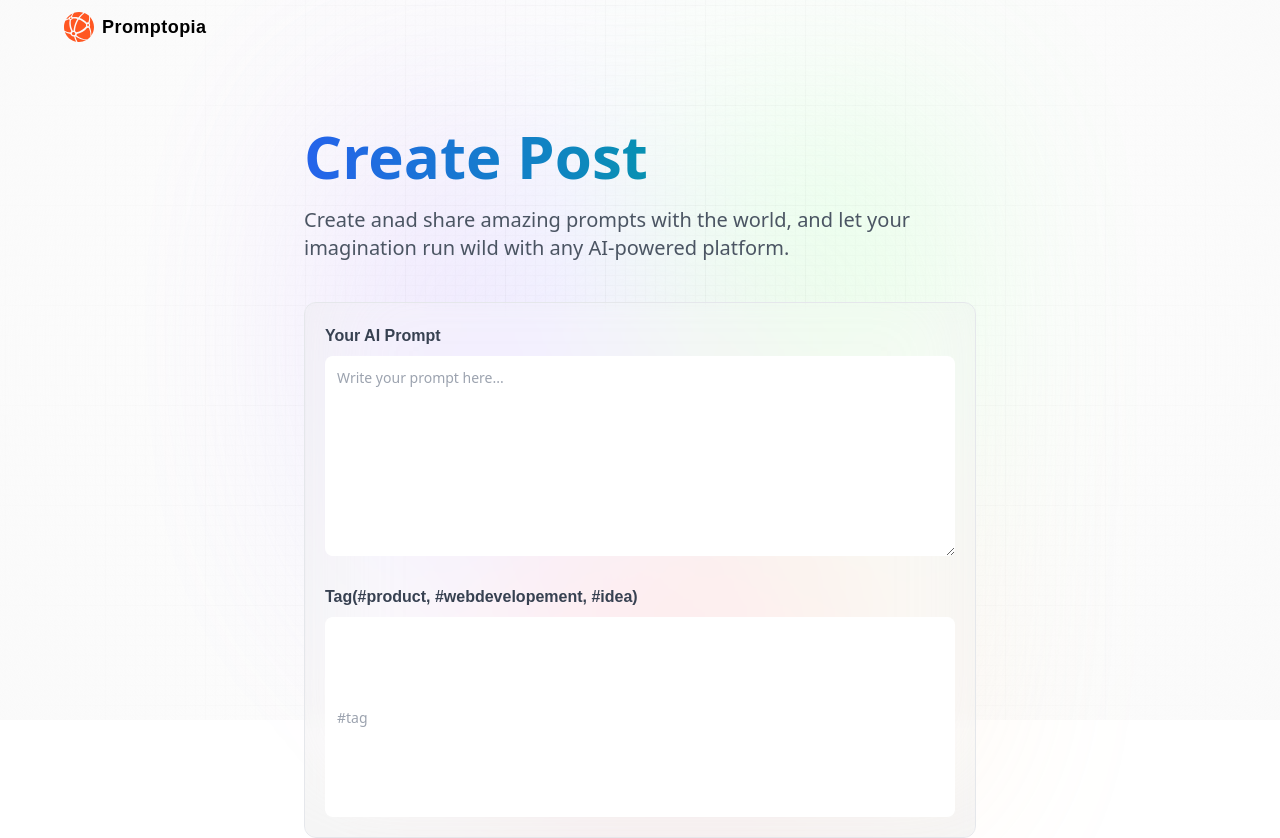
Repository: shraddesh123/promptAI
Page: /create-prompt
The author's editor kept a copy of each file at every save. The page is drawn from the files as they stood at one save, then again after the next save.
The browser window is 1280 px wide. The pictures show the whole page.
The page's requests for data from a server got no answer. The project was rebuilt for these pictures with package versions that can differ from the ones it lists, and the page was loaded fresh each time. The framework's server and built-in components were replaced by stand-ins that run in the browser. No one was signed in, and anything a server would have sent is missing. Also part of the build but not shown: next.config.mjs.

Above is the page before, as saved 2024-08-02 18:44:30.

### app/layout.jsx

import "@styles/global.css";
import Nav from "@components/Nav";
import Provider from "@components/Provider";


export const metadata = {
    title: "Promptopia",
    description: "Discover & Share AI Prompts",
};
//we did not returning anything like other components
const RootLayout = ({ children }) => (
    <html lang='en'>
        <body>
            <Provider>
                <div className='main'>
                    <div className='gradient' />
                </div>
                <main className='app'>
                    <Nav />
                    {children}
                </main>
            </Provider>
        </body>
    </html>
);

export default RootLayout;

### app/create-prompt/page.jsx
"use client";
import { useState } from "react"
import { useSession } from "next-auth/react";
import { useRouter } from "next/router";

import Form from "@components/Form";


const CreatePrompt = () => {
    const [Submitting, setSubmitting] = useState(false);
    const [Post, setPost] = useState({
        prompt: '',
        tag: '',
    });
    const createPrompt = async (e) => {

    }
    return (
        <div>
            <Form
                type="Create"
                post={Post}
                setPost={setPost}
                Submitting={Submitting}
                handleSubmit={createPrompt}
            />
        </div>
    )
}

export default CreatePrompt

### styles/global.css
@import url("https://fonts.googleapis.com/css2?family=Inter:wght@100;200;300;400;500;600;700;800;900&display=swap");

@tailwind base;
@tailwind components;
@tailwind utilities;

/*
  Note: The styles for this gradient grid background is heavily inspired by the creator of this amazing site (https://dub.sh) – all credits go to them!
*/

.main {
  width: 100vw;
  min-height: 100vh;
  position: fixed;
  display: flex;
  justify-content: center;
  padding: 120px 24px 160px 24px;
  pointer-events: none;
}

.main:before {
  background: radial-gradient(circle, rgba(2, 0, 36, 0) 0, #fafafa 100%);
  position: absolute;
  content: "";
  z-index: 2;
  width: 100%;
  height: 100%;
  top: 0;
}

.main:after {
  content: "";
  background-image: url("/assets/images/grid.svg");
  z-index: 1;
  position: absolute;
  width: 100%;
  height: 100%;
  top: 0;
  opacity: 0.4;
  filter: invert(1);
}

.gradient {
  height: fit-content;
  z-index: 3;
  width: 100%;
  max-width: 640px;
  background-image: radial-gradient(
      at 27% 37%,
      hsla(215, 98%, 61%, 1) 0px,
      transparent 0%
    ),
    radial-gradient(at 97% 21%, hsla(125, 98%, 72%, 1) 0px, transparent 50%),
    radial-gradient(at 52% 99%, hsla(354, 98%, 61%, 1) 0px, transparent 50%),
    radial-gradient(at 10% 29%, hsla(256, 96%, 67%, 1) 0px, transparent 50%),
    radial-gradient(at 97% 96%, hsla(38, 60%, 74%, 1) 0px, transparent 50%),
    radial-gradient(at 33% 50%, hsla(222, 67%, 73%, 1) 0px, transparent 50%),
    radial-gradient(at 79% 53%, hsla(343, 68%, 79%, 1) 0px, transparent 50%);
  position: absolute;
  content: "";
  width: 100%;
  height: 100%;
  filter: blur(100px) saturate(150%);
  top: 80px;
  opacity: 0.15;
}

@media screen and (max-width: 640px) {
  .main {
    padding: 0;
  }
}

/* Tailwind Styles */

.app {
  @apply relative z-10 flex justify-center items-center flex-col max-w-7xl mx-auto sm:px-16 px-6;
}

.black_btn {
  @apply rounded-full border border-black bg-red-500 py-1.5 px-5 text-white transition-all hover:bg-white hover:text-black text-center text-sm font-inter flex items-center justify-center;
}

.outline_btn {
  @apply rounded-full border border-black bg-transparent py-1.5 px-5 text-black transition-all hover:bg-black hover:text-white text-center text-sm font-inter flex items-center justify-center;
}

.head_text {
  @apply mt-5 text-5xl font-extrabold leading-[1.15] text-black sm:text-6xl;
}

.orange_gradient {
  @apply bg-gradient-to-r from-amber-500 via-orange-600 to-yellow-500 bg-clip-text text-transparent;
}

.green_gradient {
  @apply bg-gradient-to-r from-green-400 to-green-500 bg-clip-text text-transparent;
}

.blue_gradient {
  @apply bg-gradient-to-r from-blue-600 to-cyan-600 bg-clip-text text-transparent;
}

.desc {
  @apply mt-5 text-lg text-gray-600 sm:text-xl max-w-2xl;
}

.search_input {
  @apply block w-full rounded-md border border-gray-200 bg-white py-2.5 font-satoshi pl-5 pr-12 text-sm shadow-lg font-medium focus:border-black focus:outline-none focus:ring-0;
}

.copy_btn {
  @apply w-7 h-7 rounded-full bg-white/10 shadow-[inset_10px_-50px_94px_0_rgb(199,199,199,0.2)] backdrop-blur flex justify-center items-center cursor-pointer;
}

.glassmorphism {
  @apply rounded-xl border border-gray-200 bg-white/20 shadow-[inset_10px_-50px_94px_0_rgb(199,199,199,0.2)] backdrop-blur p-5;
}

.prompt_layout {
  @apply space-y-6 py-8 sm:columns-2 sm:gap-6 xl:columns-3;
}

/* Feed Component */
.feed {
  @apply mt-16 mx-auto w-full max-w-xl flex justify-center items-center flex-col gap-2;
}

/* Form Component */
.form_textarea {
  @apply w-full flex rounded-lg h-[200px] mt-2 p-3 text-sm text-gray-500 outline-0;
}

.form_input {
  @apply w-full flex rounded-lg mt-2 p-3 text-sm text-gray-500 outline-0;
}

/* Nav Component */
.logo_text {
  @apply max-sm:hidden font-satoshi font-semibold text-lg text-black tracking-wide;
}

.dropdown {
  @apply absolute right-0 top-full mt-3 w-full p-5 rounded-lg bg-white min-w-[210px] flex flex-col gap-2 justify-end items-end;
}

.dropdown_link {
  @apply text-sm font-inter text-gray-700 hover:text-gray-500 font-medium;
}

/* PromptCard Component */
.prompt_card {
  @apply flex-1 break-inside-avoid rounded-lg border border-gray-300 bg-white/20 bg-clip-padding p-6 pb-4 backdrop-blur-lg backdrop-filter md:w-[360px] w-full h-fit;
}

.flex-center {
  @apply flex justify-center items-center;
}

.flex-start {
  @apply flex justify-start items-start;
}

.flex-end {
  @apply flex justify-end items-center;
}

.flex-between {
  @apply flex justify-between items-center;
}

### components/Nav.jsx
"use client";
import Link from "next/link"
import Image from "next/image"
import { useState, useEffect } from "react"
import { signIn, signOut, useSession, getProviders } from 'next-auth/react'


const Nav = () => {

    const { data: session } = useSession();
    const [providers, setProviders] = useState(null);
    const [toggleDropdown, setToggleDropdown] = useState(false);

    useEffect(() => {//functional component to fetch the available authentication providers from the next-auth library
        const setUpProviders = async () => {
            const res = await getProviders();//the getProviders function is called and the result is stored in the res variable.
            setProviders(res);
            // The setProviders function is then called with the res variable to update the providers state variable.
        }
        setUpProviders();
    }, []);


    return (
        <nav className="flex-between w-full mb-16 pt-3">
            <Link
                href="/"
                className="flex gap-2 flex-center">

                <Image
                    src="/assets/images/logo.svg"
                    width={30}
                    height={30}
                    className="object-contain"
                    alt="logo"
                />

                <p className="logo_text">Promptopia</p>

            </Link>
            {/*desktop navigation*/}
            <div className="sm:flex hidden">
                {session?.user ? (
                    <div className="flex gap-3 md:gap-5">
                        <Link
                            href="/create-prompt"
                            className="black_btn"
                        >
                            Create Post
                        </Link>
                        <button
                            type="button"
                            onClick={signOut}
                            className="outline_btn">
                            Sign Out
                        </button>
                        <Link href="/profile">
                            <Image
                                src={session?.user.image}
                                width={37}
                                height={37}
                                className="rounded-full"
                                alt="profile"
                            />
                        </Link>
                    </div>
                ) : (
                    <>
                        {providers &&
                            Object.values(providers).map((provider) => (
                                <button
                                    type='button'
                                    key={provider.name}
                                    onClick={() => {
                                        signIn(provider.id);
                                    }}
                                    className='black_btn'
                                >
                                    Sign In
                                </button>
                            ))}
                    </>
                )}
            </div>
            {/*mobile navigation*/}
            <div className="sm:hidden flex relative">
                {session?.user ? (
                    <div className="flex">
                        <Image
                            src={session?.user.image}
                            width={30}
                            height={30}
                            className="object-contain cursor-pointer"
                            alt="profile"
                            onClick={() => setToggleDropdown(!toggleDropdown)}//prev is a reference to the previous value of the toggleDropdown state variable.!prev expression is used to toggle the value of prev. If prev is true, !prev will be false, and vice versa.
                        />
                        {toggleDropdown && (
                            <div className="dropdown">
                                <Link
                                    href='/profile'
                                    className='dropdown_link'
                                    onClick={() => setToggleDropdown(false)}
                                >
                                    My Profile
                                </Link>
                                <Link
                                    href='/create-prompt'
                                    className='dropdown_link'
                                    onClick={() => setToggleDropdown(false)}
                                >
                                    Create Post
                                </Link>
                                <button
                                    type="button"
                                    onClick={() => {
                                        setToggleDropdown(false);
                                        signOut();
                                    }}
                                    className="mt-5 w-full black_btn"
                                >
                                    Sign Out
                                </button>
                            </div>
                        )}
                    </div>
                )
                    :
                    (
                        <>
                            {providers &&
                                Object.values(providers).map((provider) => (
                                    <button
                                        type='button'
                                        key={provider.name}
                                        onClick={() => {
                                            signIn(provider.id);
                                        }}
                                        className='black_btn'
                                    >
                                        Sign in
                                    </button>
                                ))}
                        </>
                    )}
            </div>
        </nav>
    )
}

export default Nav

### components/Provider.jsx
"use client";
import { SessionProvider } from 'next-auth/react'

const Provider = ({ children, session }) => {

  return (
    <SessionProvider session={session}>
      {children}
    </SessionProvider>
  )
}

export default Provider

### components/Form.jsx
import Link from "next/link"

const Form = ({ type, post, setPost, Submitting, handleSubmit }) => {
  return (
    <section className="w-full max-w-full flex-start flex-col">
      <h1 className="head_text text-left "> <span className="blue_gradient">{type} Post</span></h1>
      <p className="desc text-left max-w-md">
        {type} anad share amazing prompts with the world, and let your imagination run wild with any AI-powered platform.
      </p>
      <form
        onSubmit={handleSubmit}
        className="mt-10 w-full max-w-2xl flex flex-col gap-7 glassmorphism">
        <label>
          <span className="font-satoshi font-semibold text-base text-gray-700">Your AI Prompt</span>
          <textarea value={post.prompt} onChange={(e) => setPost({
            ...post,
            prompt: e.target.value
          })}
            placeholder="Write your prompt here..."
            className="form_textarea" />
        </label>
        <label>
          <span className="font-satoshi font-semibold text-base text-gray-700">Tag
            <span>(#product, #webdevelopement, #idea)</span>
          </span>
          <input value={post.tag} onChange={(e) => setPost({
            ...post,
            tag: e.target.value
          })}
            placeholder="#tag"
            required
            className="form_textarea" >
          </input>
        </label>
      </form>
    </section>
  )
}

export default Form

Loaded but not shown: tailwind.config.js (common file)

After the next save:
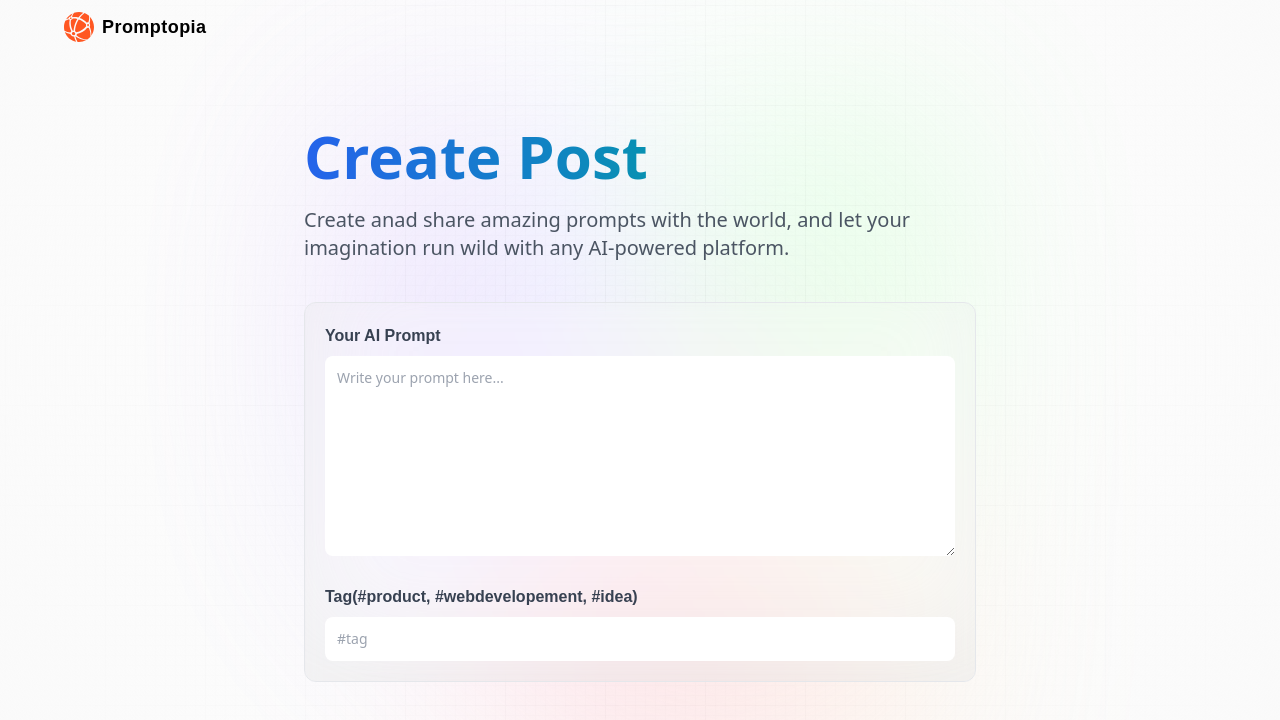
Saved 17 s later.
--- a/components/Form.jsx
+++ b/components/Form.jsx
@@ -29,7 +29,7 @@ const Form = ({ type, post, setPost, Submitting, handleSubmit }) => {
           })}
             placeholder="#tag"
             required
-            className="form_textarea" >
+            className="form_input" >
           </input>
         </label>
       </form>
